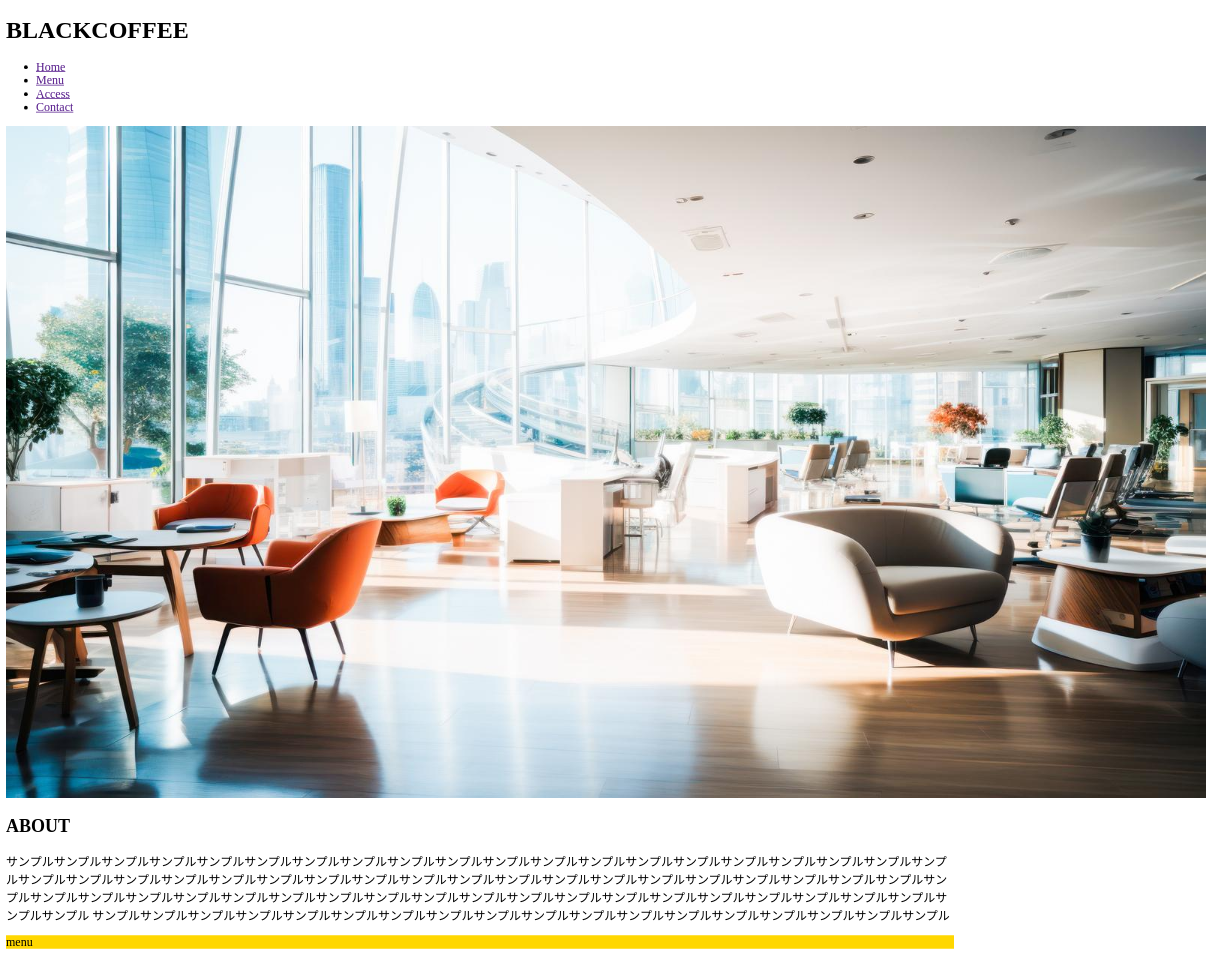
Repository: elle821208/Ayakomi-Cafe
Page: index.html
An editor plug-in stored every save of this project. The page is shown before and after the next save, followed by the edit.
The browser window is 1280 px wide. The page is 1608 px wide, so the pictures cover 1608 px, including what lies to the right of the window. The pictures show the whole page, at 75% of full size.

Above is the page before, as saved 2025-02-28 07:32:07.

### index.html
<!DOCTYPE html>
<html lang="ja">
    <head>
        <meta charset="UTF-8">
        <meta name="viewport" content="width=device-width, initial-scale=1.0">
        <title>BLACKCOFFEE</title>
        <link rel="stylesheet" href="assets/css/common.css">
        <link rel="stylesheet" href="assets/css/index.css">
    </head>
    <body>
        <!--https://www.youtube.com/watch?v=D6aeJTnGvHo-->
        <!--HTMLCSS基礎プラス実践で使える技術盛込みパワーアップ2024-->
        <!--https://www.pakutaso.com/20230807241post-48316.html-->
        <!--ぱくたそ-->
        <!--https://icooon-mono.com/-->
        <!--アイコン-->
        <!--22:00～-->
        <header>
            <div class="container">
                <h1>BLACKCOFFEE</h1>
                <nav>
                    <ul>
                        <li><a href="">Home</a></li>
                        <li><a href="">Menu</a></li>
                        <li><a href="">Access</a></li>
                        <li><a href="">Contact</a></li>
                    </ul>
                </nav>

            </div>

        </header>

        <main>
            <section class="hero">
                <img src="assets/images/top.jpg" alt="ブラックコーヒーの飲食スペース">
                <div class="container">

                </div>

            </section>

            <section class="about">
                <div class="container">
                    <h2>ABOUT</h2>
                    <p>サンプルサンプルサンプルサンプルサンプルサンプルサンプルサンプルサンプルサンプルサンプルサンプルサンプルサンプルサンプルサンプルサンプルサンプルサンプルサンプルサンプルサンプルサンプルサンプルサンプルサンプルサンプルサンプルサンプルサンプルサンプルサンプルサンプルサンプルサンプルサンプルサンプルサンプルサンプルサンプルサンプルサンプルサンプルサンプルサンプルサンプルサンプルサンプルサンプルサンプルサンプルサンプルサンプルサンプルサンプルサンプルサンプルサンプルサンプルサンプルサンプル
                        サンプルサンプルサンプルサンプルサンプルサンプルサンプルサンプルサンプルサンプルサンプルサンプルサンプルサンプルサンプルサンプルサンプルサンプル</p>

                </div>

            </section>

            <section class="menu" style="background-color:gold ;">
                menu
                <div class="container">

                </div>

            </section>

        </main>

        <aside style="background-color: aqua;">
            <div class="container">

            </div>

        </aside>

        <footer>
            <div class="container">

            </div>

        </footer>

    </body>
</html>

Loaded but not shown: assets/css/index.css (common file); assets/css/common.css (no copy from this time; the picture is the same without it)

After the next save:
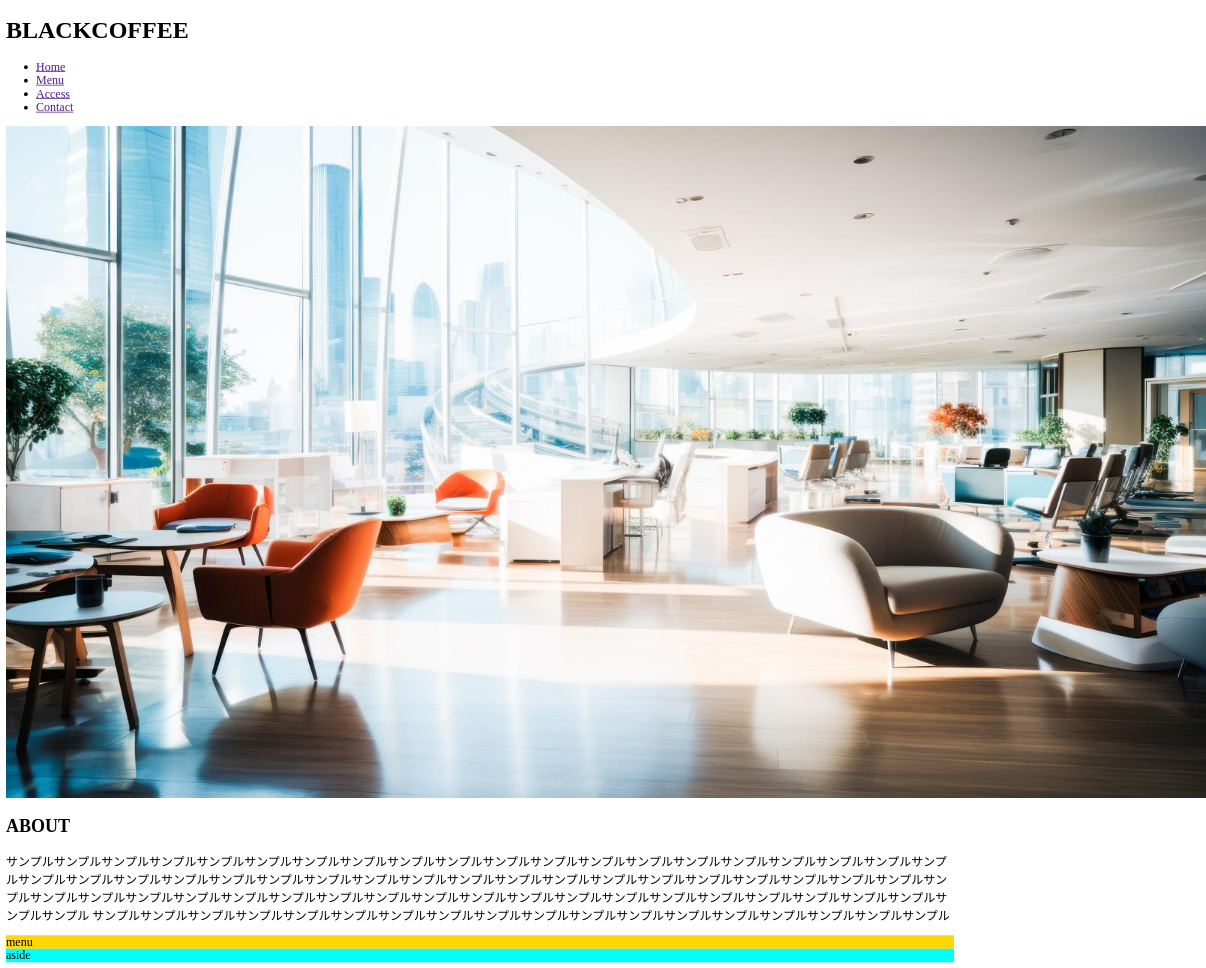
Saved 4 s later.
--- a/index.html
+++ b/index.html
@@ -61,6 +61,7 @@
         </main>
 
         <aside style="background-color: aqua;">
+            aside
             <div class="container">
 
             </div>
